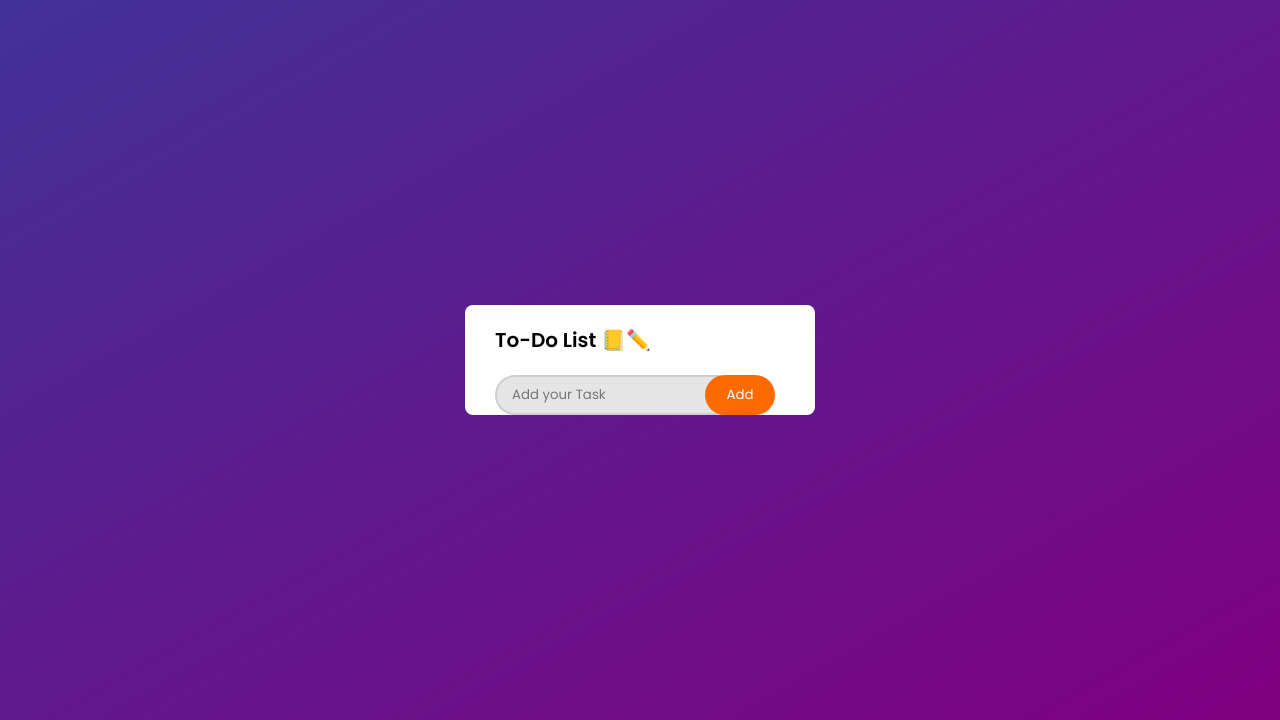
Repository: Ankitkr2021/To-Do-List
Page: index.html
These files come from the project's save history. The page is drawn as it stood at one moment and after the next save; the edit follows.
The browser window is 1280 px wide. The pictures show the whole page.

Above is the page before, as saved 2025-10-03 12:25:04.

After the next save:
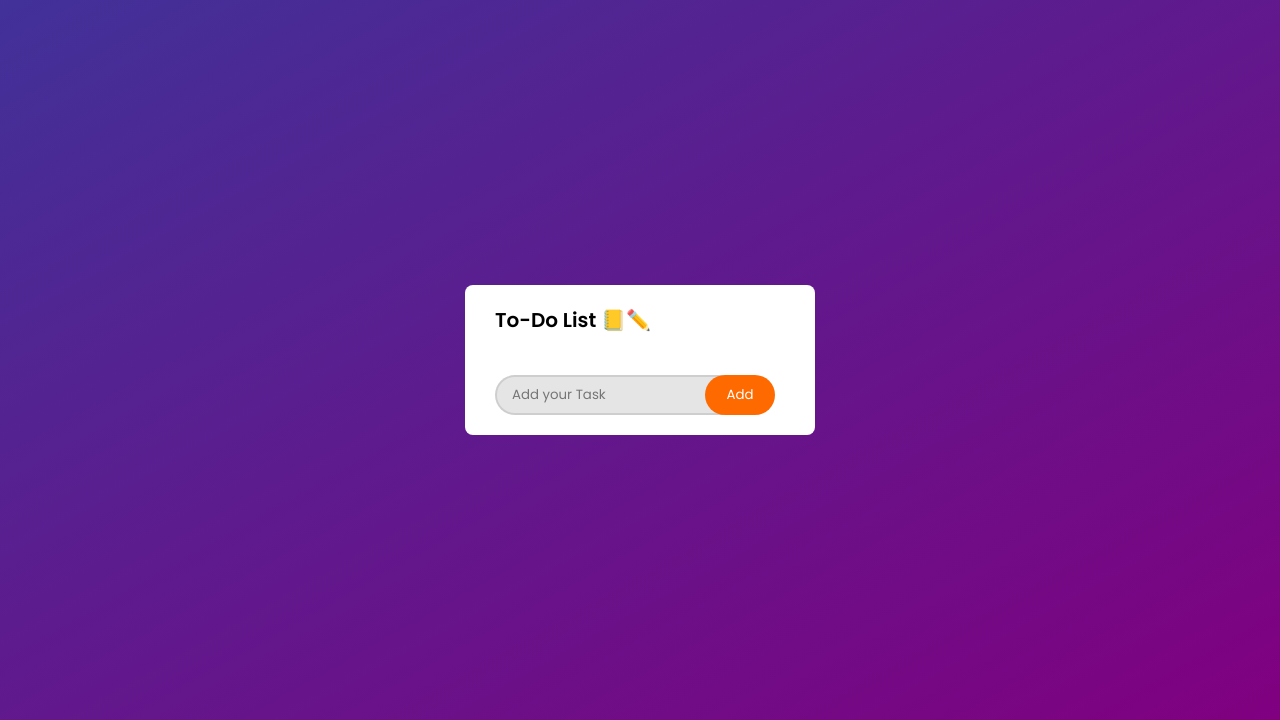
Saved 22 s later.
--- a/style.css
+++ b/style.css
@@ -32,7 +32,7 @@ body{
 
 .task {
     /* background: #000; */
-    padding: 0 30px;
+    padding: 20px 30px;
     position: relative;
 }
 
